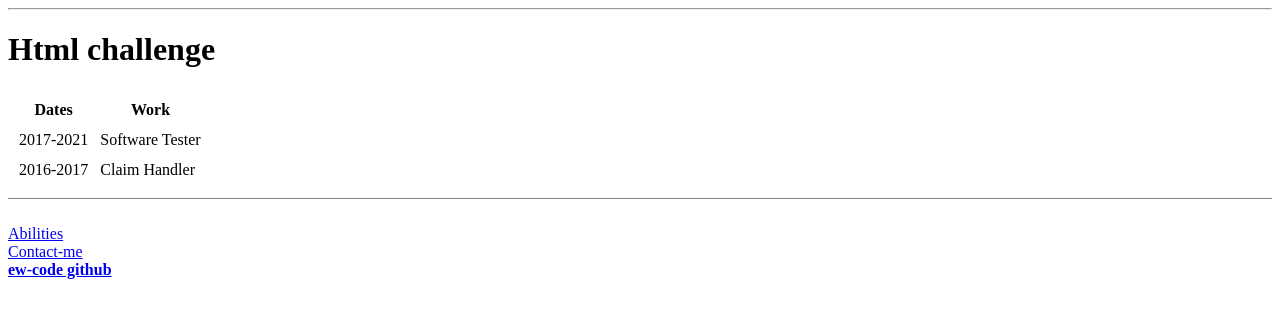
Repository: ew-code/Web-Development
Page: HTML - Personal Site/index copy.html
An editor plug-in stored every save of this project. The page is shown before and after a run of saves, followed by the edit.
The browser window is 1280 px wide. The pictures show the whole page.

Above is the page before, as saved 2021-01-05 18:12:09.

### HTML - Personal Site/index copy.html
<!DOCTYPE html>
<html lang="en" dir="ltr">

<head>
  <meta charset="utf-8"> <!-- dopracować meta description dla silników wyszukiwarek-->
  <title>Html challenge</title>
</head>

  <hr>

  <h1>Html challenge</h1>
  <table cellspacing="10">
    <thead>
      <tr>
        <th>Dates</th>
        <th>Work</th>
      </tr>
    </thead>
    <tbody>
      <tr>
        <td>2017-2021</td>
        <td>Software Tester</td>
      </tr>
    </tbody>
    <tbody>
      <tr>
        <td>2016-2017</td>
        <td>Claim Handler</td>
      </tr>
    </tbody>
  </table>
  <hr size="1" noshade>
  <br>
  <a href="abilities.html">Abilities</a>
  <br>
  <a href="contact.html">Contact-me</a>
  <br>
  <strong><a href="https://github.com/ew-code">ew-code github</a></strong>
</body>

</html>

After the next 2 saves:
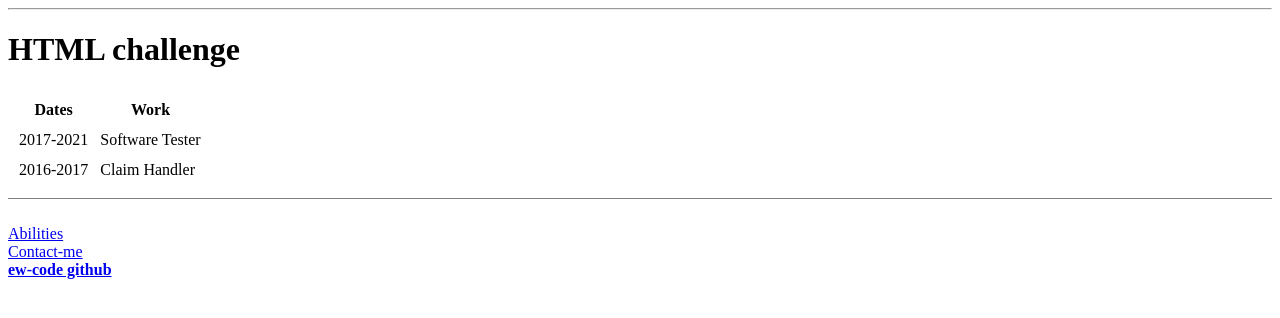
The 2 saves are shown as one change because they came seconds apart.
The last was saved 5 s later.
--- a/HTML - Personal Site/index copy.html
+++ b/HTML - Personal Site/index copy.html
@@ -8,7 +8,7 @@
 
   <hr>
 
-  <h1>Html challenge</h1>
+  <h1>HTML challenge</h1>
   <table cellspacing="10">
     <thead>
       <tr>
